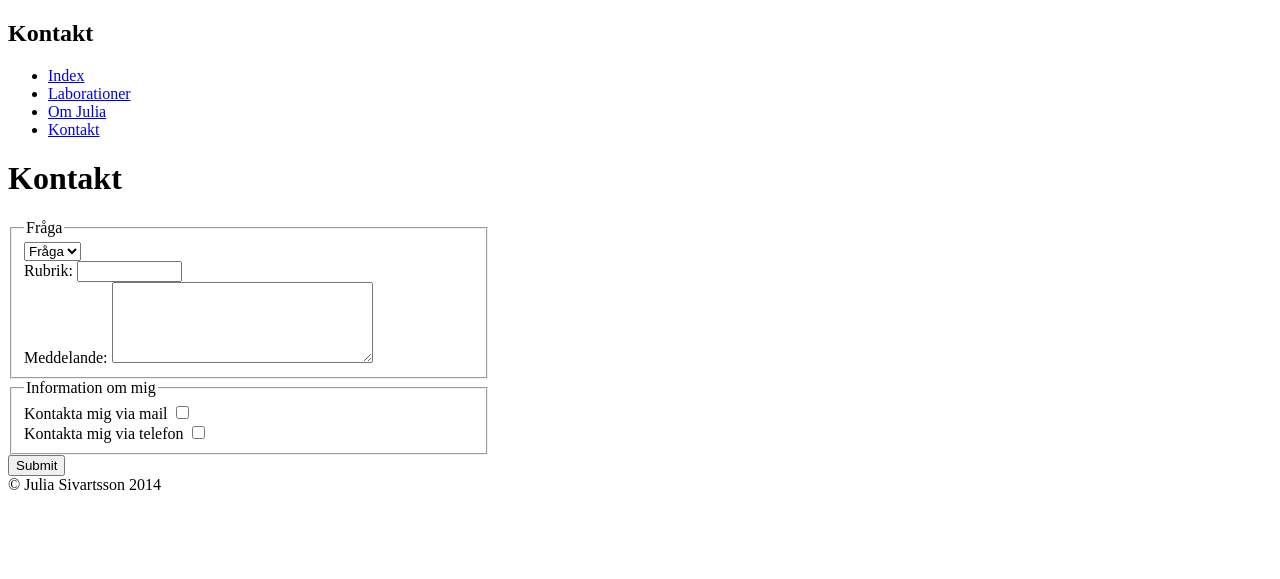
Repository: JuliaSivartsson/1ik415-jsigc09-laborationer
Page: pages/kontakt.html
The author's editor kept a record of every edit. The page is drawn from the files as they stood at one moment, then again after the next edit.
The browser window is 1280 px wide. The pictures show the whole page.

Above is the page before.

After the next edit:
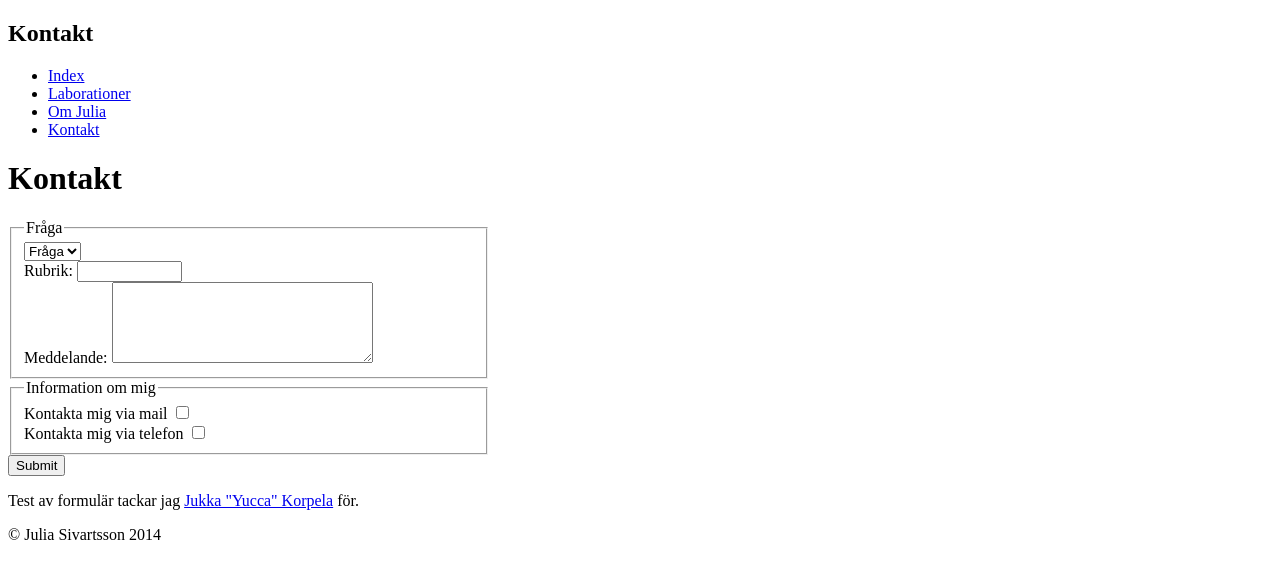
The edit:
--- a/pages/kontakt.html
+++ b/pages/kontakt.html
@@ -48,7 +48,9 @@
 </fieldset>
 <input type="submit" name="submit" id="submit"/>
 
-
+<p>
+    Test av formulär tackar jag <a target="_blank" href="http://www.cs.tut.fi/~jkorpela/forms/testing.html">Jukka "Yucca" Korpela</a> för.
+</p>
 </body>
 
 <!-- Längst ner på sidan -->
